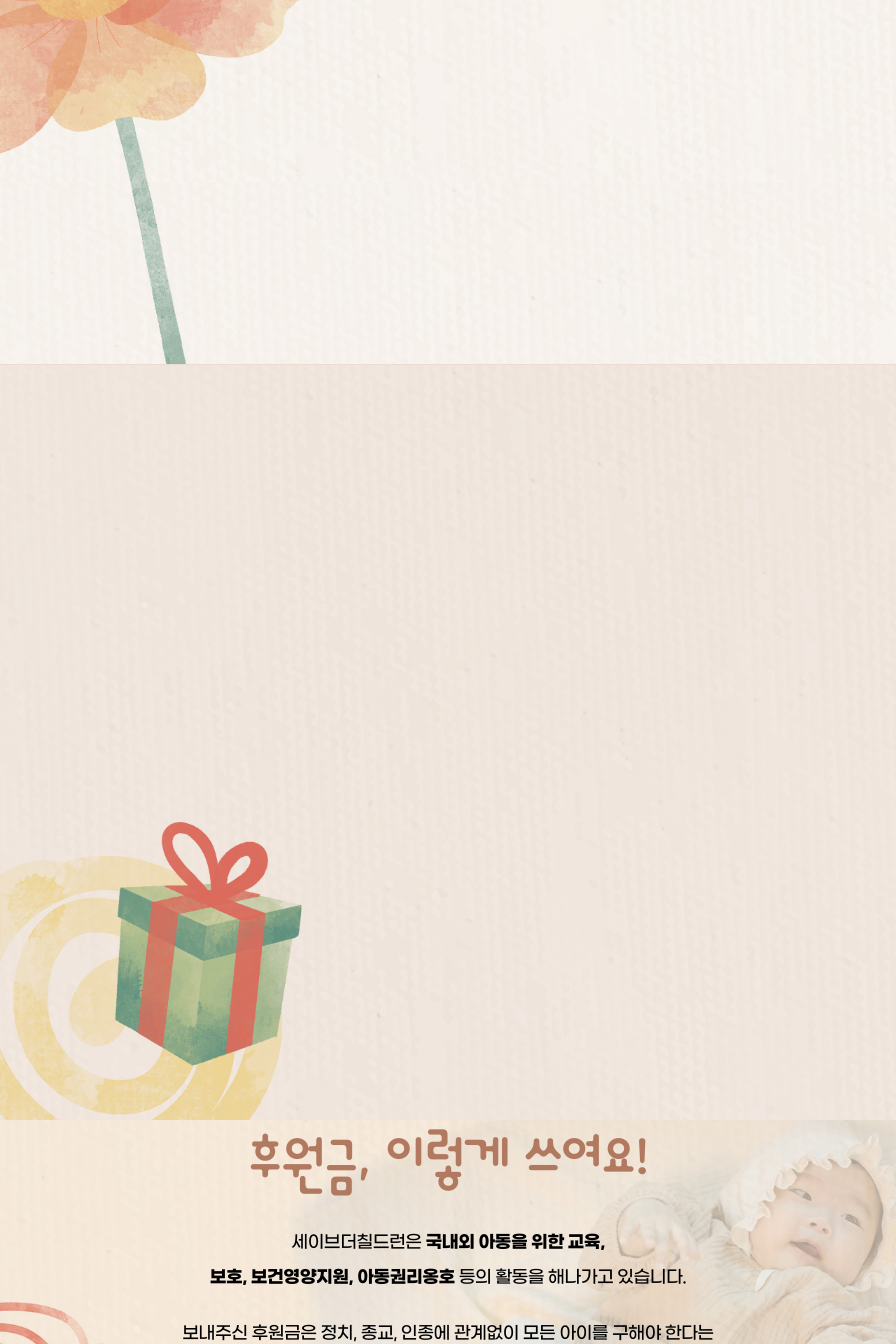
Repository: dlgywls1130/save_the_children
Page: index.html
An editor plug-in stored every save of this project. The page is shown before and after the next save, followed by the edit.
The browser window is 1280 px wide. The pictures show the part of the page from y = 4580 to 6500 px (the page is 6880 px tall before and 7180 px after), at 70% of full size.

Above is the page before, as saved 2023-12-13 10:35:05.

### index.html
<!DOCTYPE html>
<html lang="en">
<head>
    <meta charset="UTF-8">
    <meta name="viewport" content="width=device-width, initial-scale=1.0">
    <title>세이브더칠드런</title>

    <link rel="stylesheet" href="./css/reset.css">
    <link rel="stylesheet" href="./css/style.css">
</head>
<body>
    <div class="content_body">
        <section class="section_wrapper section01">
            <div class="se01 se_wrapper">
                <div class="se01_sub">
                    <div class="sub_logo">
                        <img src="./img/logo01.png" alt="logo">
                    </div>
                    <p>우리 아기 좋은 날 기부</p>
                </div>
                <p class="seo01_title">
                    아가야,
                </p>
                <p class="seo01_title_two">
                    너의 <span>탄생</span> 순간을 축하해!
                </p>
                <p class="section_descript mb-45">
                    처음 아기의 심장 소리를 들었던 순간,
                    <br>여린 아가의 성장이 실감나던 배냇짓,
                    <br>기적 같았던 백일,
                    <br>그리고 아이의 첫 생일인 첫돌...
                </p>
                <p class="section_descript">
                    아이의 건강과 행복을 바라는 마음을 담아,
                    <br>내 아이의 소중한 순간을 기부로 기념해보세요.
                    <br>함께 자라나는 다른 아이들에게도 큰 축복이 됩니다.
                </p>

                <a class="donation_link" href="javascript:void(0)">우리 아기 좋은 날 기부</a>
            </div>
        </section>
        <section class="section_wrapper section02">
            <div class="se02 se_wrapper">
                <div class="postit_wrapper">
                    <div class="postit postit01">
                        <p>우리 아들 우현이의<br>
                        200일을 축하해.<br>
                        건강하게 자라줘서 고마워 ❤<br>
                        늘 사랑받고 받은 사랑만큼<br>
                        베풀 수 있는 건강하고<br>
                        멋진 아들이 되길 바래!</p>
                    </div>
                    <div class="postit postit02">
                        <p>우리 새로아<Br>
                        백일 동안 무럭무럭 자라줘서<Br>
                        고마워~앞으로도 건강하고<Br>
                        우리 같이 재미있게 많이 놀자.<Br>
                        엄마,아빠가 많이 사랑해.</p>
                    </div>
                    <div class="postit postit03">
                        <p>서진아<br>
                        우리에게 와줘서 고마워<br>
                        건강하고 행복하게 자라렴.<br>
                        사랑해♡      </p>
                    </div>
                    <div class="postit postit04">
                        <p>보미야<br>
                        첫 번째 생일 축하해<br>
                        너의 존재가 온 세상에<br>
                        봄이길 바랄게!   </p>
                    </div>
                    <div class="postit postit05">
                        <p>사랑하는 도현이의<br>
                        첫 어린이날과 첫돌을<br>
                        기념하며, <br>
                        이웃을 사랑하는<br>
                        멋진 사람으로 자라길</p>

                    </div>
                </div>
                <p class="ex_text">*소개한 사연은 모두 실제 사연입니다.</p>

            </div>
        </section>
        <section class="section_wrapper section03">
            <div class="se_wrapper se03">
                <div class="se_title_co">
                    아기의 좋은 날을 기념해 주신 모든 분들께
                    <br>후원감사증서를 보내드립니다.
                </div>
                <div class="se_sub_co">
                    후원감사증서는 아기에게 남기고 싶은 메시지와 아기의 좋은 날이 담긴 사진을 보관할 수 있도록
                    <br>만들어드립니다. 먼 훗날, 아기가 성장해 읽게 될 날을 그리며 편지를 써보세요.
                </div>
            </div>

        </section>
        <section class="section_wrapper section04">
            <div class="se_wrapper se04">
                <div class="se_title_co">
                    이름 자수 순면거즈블랭킷
                </div>
                <div class="se_sub_co">
                    30만원 이상 후원하신 분들께는 순면 거즈 아기 블랭킷(90*110)에
                    <Br>원하시는 이름(영문)을 예쁘게 수놓아 드립니다.
                </div>

                <div class="se04_slide">
                    <div class="se04_slide_list">
                        <img src="">
                    </div>
                    <div class="se04_slide_list">
                        <img src="">
                    </div>
                    <div class="se04_slide_list">
                        <img src="">
                    </div>
                </div>
            </div>
        </section>
        <section class="section_wrapper section05">

        </section>
        <section class="section_wrapper section06">
            <div class="se_wrapper se06">
                <div class="se_title_co">
                    후원금, 이렇게 쓰여요!
                </div>
                <div class="se_sub_co">
                    세이브더칠드런은 <span>국내외 아동을 위한 교육,
                    <Br>보호, 보건영양지원, 아동권리옹호</span> 등의 활동을 해나가고 있습니다.
                </div>
                <div class="se_sub_co">
                    보내주신 후원금은 정치, 종교, 인종에 관계없이 모든 아이를 구해야 한다는
                    <Br>세이브더칠드런의 신념에 따라 <span>가장 도움 필요한 아이를 위해 우선 사용</span>됩니다.
                </div>
            </div>

        </section>
        <section class="section_wrapper section07">

        </section>
        <section class="section_wrapper section08">

        </section>
    </div>
</body>
</html>

### css/reset.css


html, body, div, span, applet, object, iframe,
h1, h2, h3, h4, h5, h6, p, blockquote, pre,
a, abbr, acronym, address, big, cite, code,
del, dfn, em, img, ins, kbd, q, s, samp,
small, strike, strong, sub, sup, tt, var,
b, u, i, center,
dl, dt, dd, ol, ul, li,
fieldset, form, label, legend,
table, caption, tbody, tfoot, thead, tr, th, td,
article, aside, canvas, details, embed,
figure, figcaption, footer, header, hgroup,
menu, nav, output, ruby, section, summary,
time, mark, audio, video {
	margin: 0;
	padding: 0;
	border: 0;
	font-size: 100%;
	font: inherit;
	vertical-align: baseline;
}

article, aside, details, figcaption, figure,
footer, header, hgroup, menu, nav, section {
	display: block;
}
body {
	line-height: 1;
}
ol, ul {
	list-style: none;
}
blockquote, q {
	quotes: none;
}
blockquote:before, blockquote:after,
q:before, q:after {
	content: '';
	content: none;
}
table {
	border-collapse: collapse;
	border-spacing: 0;
}

### css/style.css

/* root */
:root{
    --main-color:#B17A60;
    --pink-color:#F79497;
}


/* font */

/* dongle */
@font-face {
    font-family: 'Dongle';
    font-weight: 300;
    src: url('../font/Dongle-Light.ttf') format('ttf'),
    url('../font/Dongle-Light.woff') format('woff');
}

@font-face {
    font-family: 'Dongle';
    font-weight: 500;
    src: url('../font/Dongle-Regular.ttf') format('ttf'),
    url('../font/Dongle-Regular.woff') format('woff');
}

@font-face {
    font-family: 'Dongle';
    font-weight: 700;
    src: url('../font/Dongle-Bold.ttf') format('ttf'),
    url('../font/Dongle-Bold.woff') format('woff');
}


/* Gmarket */
@font-face {
    font-family: 'GmarketSans';
    font-weight: 300;
    src: url('../font/GmarketSansLight.ttf') format('ttf'),
    url('../font/GmarketSansLight.woff') format('woff');
}

@font-face {
    font-family: 'GmarketSans';
    font-weight: 500;
    src: url('../font/GmarketSansMedium.ttf') format('ttf'),
    url('../font/GmarketSansMedium.woff') format('woff');
}

@font-face {
    font-family: 'GmarketSans';
    font-weight: 700;
    src: url('../font/GmarketSansBold.ttf') format('ttf'),
    url('../font/GmarketSansBold.woff') format('woff');
}


/* nanumsqure */

@font-face {
    font-family: 'NanumSquare';
    font-weight: 400;
    src: url('../font/NanumSquareL.ttf') format('ttf'),
    url('../font/NanumSquareL.woff') format('woff');
}

@font-face {
    font-family: 'NanumSquare';
    font-weight: 500;
    src: url('../font/NanumSquareR.ttf') format('ttf'),
    url('../font/NanumSquareR.woff') format('woff');
}

@font-face {
    font-family: 'NanumSquare';
    font-weight: 600;
    src: url('../font/NanumSquareB.ttf') format('ttf'),
    url('../font/NanumSquareB.woff') format('woff');
}

@font-face {
    font-family: 'NanumSquare';
    font-weight: 700;
    src: url('../font/NanumSquareEB.ttf') format('ttf'),
    url('../font/NanumSquareEB.woff') format('woff');
}



/* scdream5 */
@font-face {
    font-family: 'SCDream5';
    src: url('../font/SCDream5.woff') format('woff'),
    url('../font/SCDream5.ttf') format('ttf'),
    url('../font/SCDream5.otf') format('otf');
}


.section_wrapper{
    max-width:1920px;
    width: 100%;

}

.se_wrapper{
    max-width: 1060px;
    margin: 0 auto;
    width: 100%;
    position: relative;
}


/* common */
.mb-45{margin-bottom: 45px;}

/* section01 */


.section01{
    background: url('../img/back01.jpg') no-repeat;
    height: 1080px;

}

.se01{
    padding: 230px 0 70px;

}
.se01_sub{

    display: flex;
    align-items: center;
    margin-bottom: 30px;
}

.sub_logo{
    width: 198px;
    height: 65px;
    margin-right: 15px;
}

.sub_logo img{
    width: 100%;
    height: 100%;
    object-fit: contain;
}

.se01_sub p{
    width: 302px;
    height: 52px;
    background: #B17A60;
    border-radius: 20px;
    display: flex;
    align-items: center;
    justify-content: center;
    letter-spacing: -0.03em;
    font-size: 25px;
    font-weight: 700;
    font-family: 'GmarketSans',sans-serif;
    color: #fff;
}

.seo01_title{
    font-family: 'Dongle',sans-serif;
    font-weight: 500;
    font-size: 150px;
    color: var(--main-color);
    letter-spacing: -0.03em;
}

.seo01_title_two{
    font-family: 'Dongle',sans-serif;
    font-weight: 500;
    font-size: 120px;
    color: var(--main-color);
    letter-spacing: -0.03em;
    margin-top: -4%;
    margin-bottom: 50px;
}

.section_descript{
    font-size: 25px;
    line-height: 35px;
    font-family: 'GmarketSans';
    font-weight: 500;
    letter-spacing: -0.03em;
    color: #000;
}

.donation_link{
    width: 560px;
    height: 75px;
    border-radius: 100px;
    display: flex;
    align-items: center;
    justify-content: center;
    background: var(--pink-color);
    color: #fff;
    font-family: 'GmarketSans';
    font-size: 35px;
    font-weight: 700;
    letter-spacing: -0.03em;
    text-decoration: none;
    margin: 45px auto 0;
}
/* section02 */

.section02{
    height: 1340px;
    background: url('../img/back03.jpg') no-repeat;
}

.se02{
    padding: 76px 0 96px;
    height: 100%;
}
.postit_wrapper{
    width: 100%;
    position: relative;
    height: 1123px;
}

.ex_text{
    font-family: 'GmarketSans';
    font-size: 20px;
    font-weight: 500;
    letter-spacing: -0.03em;
}

.postit {
    position: absolute;
}
.postit p{
    font-family: 'SCDream5';
    font-size: 23px;
    line-height: 35px;
    text-align: center;
    display: flex;
    justify-content: center;
    align-items: center;
    height: 100%;
}

.postit01{
    background:url('../img/post04.png') no-repeat;
    width: 438px;
    height: 438px;
    background-size: contain;
    box-sizing: border-box;
    left: 64px;
    top: 0;

}

.postit01 p{
    transform: rotate(358deg);
    padding-top: 20px;
}

.postit02{
    background: url('../img/post05.png') no-repeat;
    width: 450px;
    height: 450px;
    background-size: contain;
    box-sizing: border-box;
    top: 0;
    right: 0;

}

.postit02 p{
    transform: rotate(10deg);
    padding-top: 20px;
}

.postit03{
    background:url('../img/post02.png') no-repeat;
    width: 400px;
    height: 400px;
    background-size: contain;
    box-sizing: border-box;
    left: 0;
    top: 31%;
    z-index: 1;
}

.postit03 p{
    transform: rotate(7deg);
    padding-top: 20px;
}

.postit04{
    background: url(../img/post03.png) no-repeat;
    width: 380px;
    height: 380px;
    background-size: cover;
    box-sizing: border-box;
    top: 39%;
    right: 0;
}

.postit04 p{
    transform: rotate(354deg);
}

.postit05{
    background:url('../img/post01.png') no-repeat;
    width: 390px;
    height: 390px;
    background-size: contain;
    box-sizing: border-box;
    top: 58%;
    left: -13px;
}

.postit05 p{
    transform: rotate(-9deg);
    padding-top: 20px;
}

/* section03 */

.section03{
    height: 1340px;
    background: url('../img/back04.jpg') no-repeat;
}

.se03{
    padding: 99px 0 96px;
    height: 100%;
}


.se_title_co{
    font-size: 120px;
    line-height: 120px;
    letter-spacing: -0.03em;
    font-family: 'Dongle';
    font-weight: 500;
    color: var(--main-color);
    text-align: center;
}

.se_sub_co{
    font-size: 25px;
    letter-spacing: -0.03em;
    line-height: 50px;
    font-family: 'GmarketSans';
    font-weight: 500;
    text-align: center;
    margin-top: 30px;
}

/* section04 */

.section04{
    height: 1340px;
    background: url('../img/back05.jpg') no-repeat;
}

.se04{
    padding: 120px 0 130px;
    height: 100%;
}

/* section05 */
.section05{
    height: 1080px;
    background: url('../img/back07.jpg') no-repeat;
}


/* section06 */
.section06{
    height:700px;
    background: url('../img/back06.jpg') no-repeat;
}


.se_sub_co span{
    font-weight: 700;
}
/* section07 */

/* section08 */

After the next save:
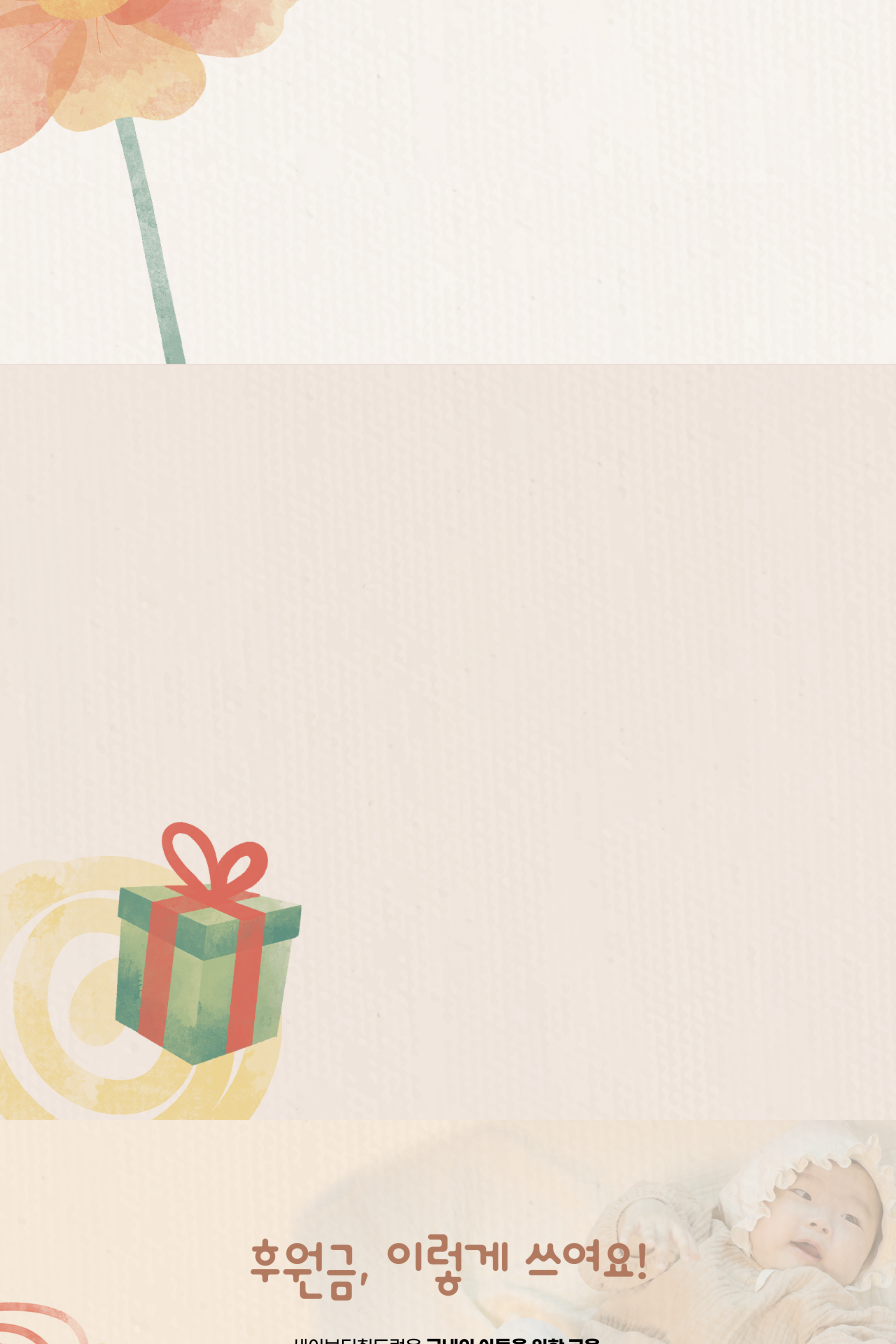
Saved 42 s later.
--- a/css/style.css
+++ b/css/style.css
@@ -375,6 +375,11 @@
     background: url('../img/back06.jpg') no-repeat;
 }
 
+.se06{
+    padding: 150px 0;
+    height: 100%;
+}
+
 
 .se_sub_co span{
     font-weight: 700;
